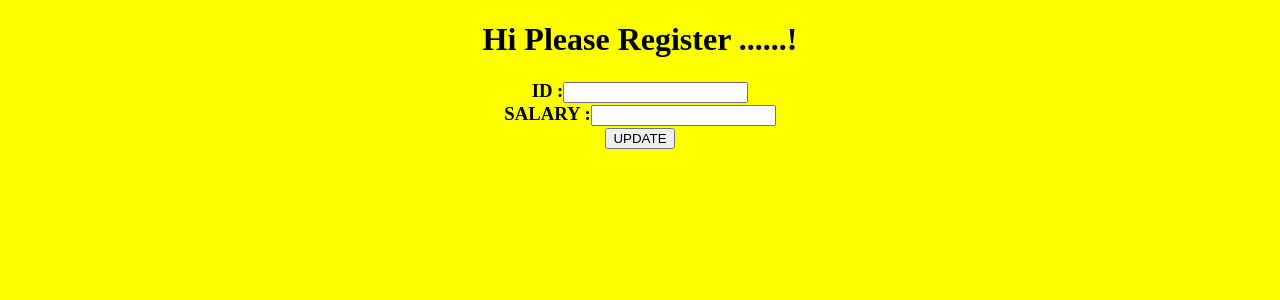
Repository: Thaneshwara848/E-Y
Page: Jdbc-Servlet-Jsp/Webemo5/src/main/webapp/DeletetRecord.html
An editor plug-in stored every save of this project. The page is shown before and after the next save, followed by the edit.
The browser window is 1280 px wide. The pictures show the whole page.

Above is the page before, as saved 2023-05-22 04:54:15.

After the next save:
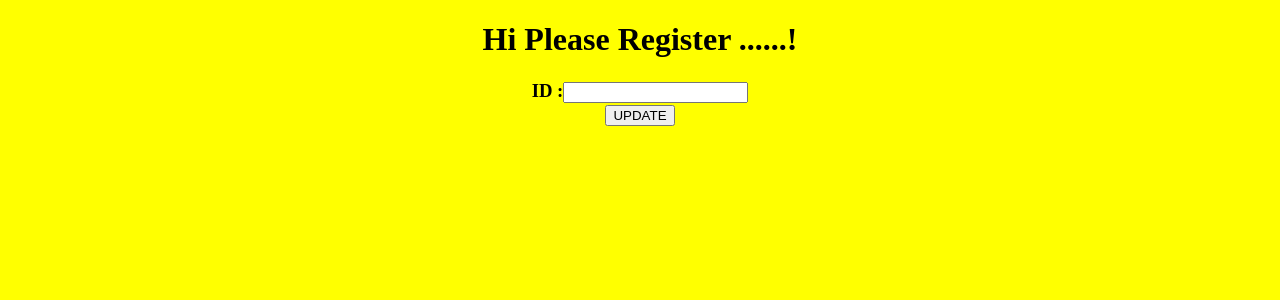
Saved 4 s later.
--- a/Jdbc-Servlet-Jsp/Webemo5/src/main/webapp/DeletetRecord.html
+++ b/Jdbc-Servlet-Jsp/Webemo5/src/main/webapp/DeletetRecord.html
@@ -11,7 +11,6 @@
 
 		<h3>
 			ID 	:<input type="text"  name="uid"><br>
-			SALARY :<input type="text"  name="usalary"><br>
 
 
 			<input type="submit" value="UPDATE"><br>
